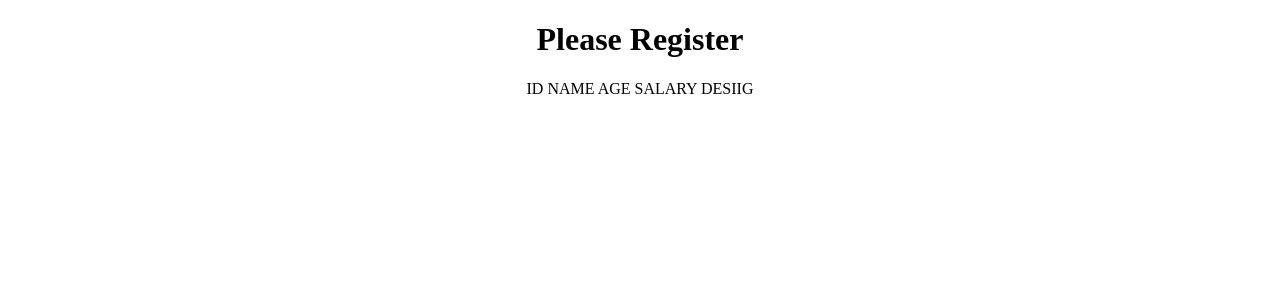
Repository: Thaneshwara848/E-Y
Page: Jdbc-Servlet-Jsp/WbeDemo2/src/main/webapp/Register.html
These files come from the project's save history. The page is drawn as it stood at one moment and after the next save; the edit follows.
The browser window is 1280 px wide. The pictures show the whole page.

Above is the page before, as saved 2023-05-19 11:28:44.

### Jdbc-Servlet-Jsp/WbeDemo2/src/main/webapp/Register.html
<!DOCTYPE html>
<html>
<head>
<meta charset="UTF-8">
<title>Insert title here</title>
</head>
<body>
<div style="text-align: center;">
	<h1> Please Register</h1>

	ID
	NAME
	AGE
	SALARY
	DESIIG

</div>

</body>
</html>

After the next save:
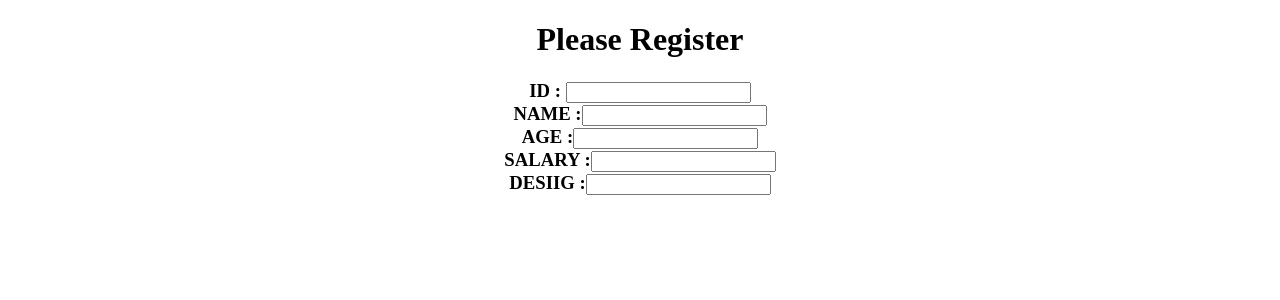
Saved 34 s later.
--- a/Jdbc-Servlet-Jsp/WbeDemo2/src/main/webapp/Register.html
+++ b/Jdbc-Servlet-Jsp/WbeDemo2/src/main/webapp/Register.html
@@ -7,13 +7,15 @@
 <body>
 <div style="text-align: center;">
 	<h1> Please Register</h1>
+	<h3>
 
-	ID
-	NAME
-	AGE
-	SALARY
-	DESIIG
+	ID 	: <input type="text"><br>
+	NAME :<input type="text"><br>
+	AGE  :<input type="text"><br>
+	SALARY :<input type="text"><br>
+	DESIIG :<input type="text"><br>
 
+	</h3>
 </div>
 
 </body>
